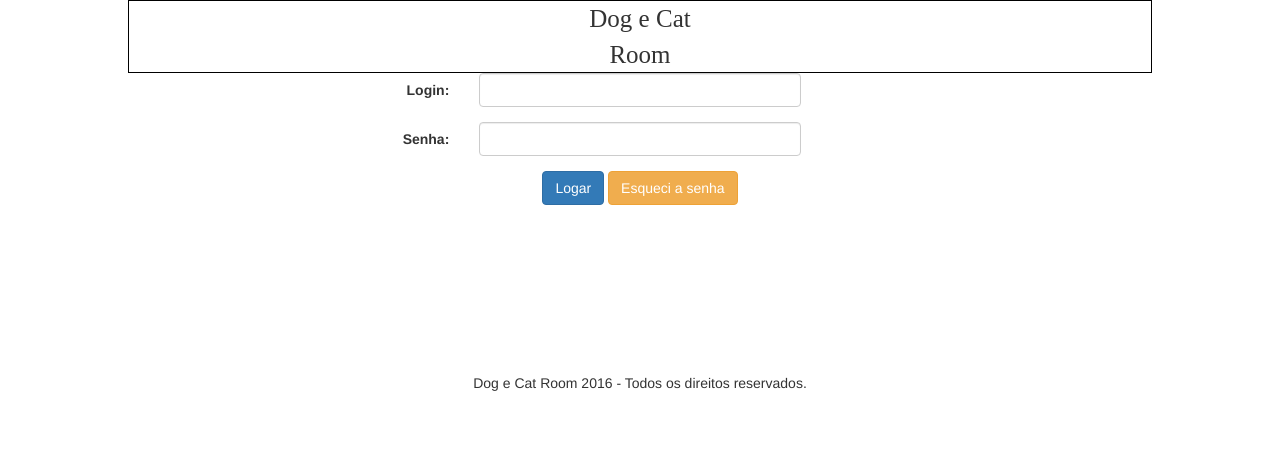
Repository: Natanzx/DogECatRoom
Page: http://localhost/DogECatRoom/login.jsp
The author's editor kept a copy of each file at every save. The page is drawn from the files as they stood at one save, then again after the next save.
The browser window is 1280 px wide. The pictures show the whole page.
The page is served by Tomcat 9. Other server files are loaded and not shown.

Above is the page before, as saved 2016-05-15 19:35:29.

### DogECatRoom/WebContent/login.jsp
<%@ page language="java" contentType="text/html; charset=ISO-8859-1"
	pageEncoding="ISO-8859-1"%>
<!DOCTYPE html PUBLIC "-//W3C//DTD HTML 4.01 Transitional//EN" "http://www.w3.org/TR/html4/loose.dtd">
<html>
<head>
<meta http-equiv="Content-Type" content="text/html; charset=ISO-8859-1">
<title>Efetuar Login</title>

<link rel="stylesheet" type="text/css"
	href="/DogECatRoom/bibliotecas/css/estilos.css">
<link rel="stylesheet" type="text/css"
	href="/DogECatRoom/bibliotecas/css/bootstrap.css">
</head>
<body>
	<div class="divMargin">
		<div class="divHead">
			Dog e Cat <br> Room
		</div>

		<div class="content">

			<form class="form-horizontal">
				<fieldset>
					<!-- Login -->
					<div class="form-group">
						<label class="col-md-4 control-label" for="textinput">
							Login:
						</label>
						<div class="col-md-4">
							<input id="textinput" name="textinput" type="text"
								class="form-control input-md">
						</div>
					</div>

					<!-- Password -->
					<div class="form-group">
						<label class="col-md-4 control-label" for="passwordinput">
							Senha:
						</label>
						<div class="col-md-4">
							<input id="passwordinput" name="passwordinput" type="password"
								class="form-control input-md">
						</div>
					</div>

					<!-- Botao logar -->
					<div class="form-group"  style="text-align: center;">
						<button id="singlebutton" name="singlebutton" class="btn btn-primary">Logar</button>
						<button id="singlebutton" name="singlebutton" class="btn btn-warning">Esqueci a senha</button>
					</div>

				</fieldset>
			</form>


		</div>

		<div style="text-align: center;">Dog e Cat Room 2016 - Todos os
			direitos reservados.</div>
	</div>
</body>
</html>

### DogECatRoom/WebContent/bibliotecas/css/estilos.css
@CHARSET "ISO-8859-1";

.divMargin{
	width				: 80%;
	margin				: auto;

}
.divHead{
	text-align			: center;
	font-size			: 25px;
	font-family			: Century Gothic;
	border				: 1px solid black;
}


.content{
	min-height			: 300px;
}

Loaded but not shown: DogECatRoom/WebContent/bibliotecas/css/bootstrap.css (library)

After the next save:
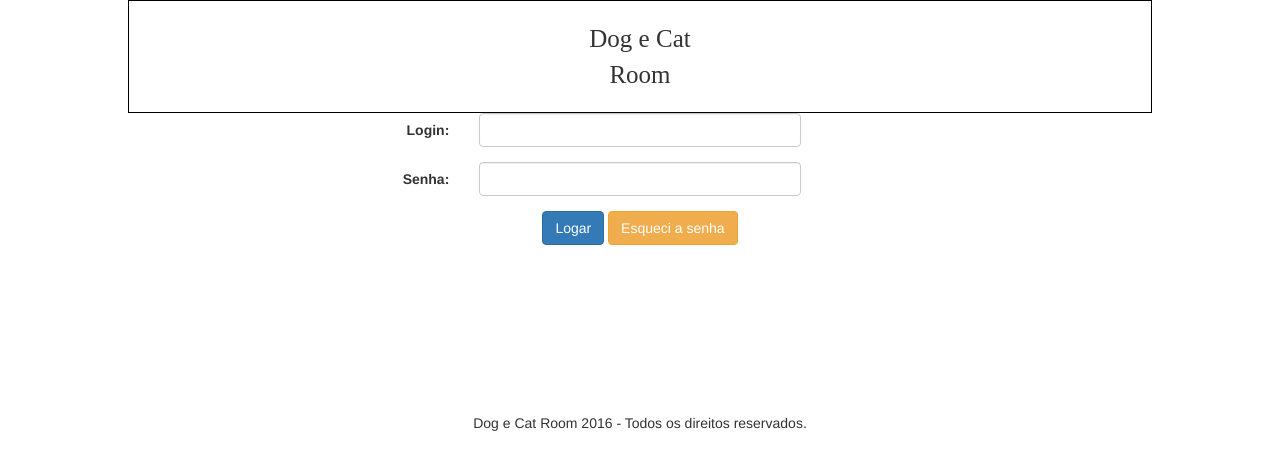
Saved 15 s later.
--- a/DogECatRoom/WebContent/bibliotecas/css/estilos.css
+++ b/DogECatRoom/WebContent/bibliotecas/css/estilos.css
@@ -10,6 +10,7 @@
 	font-size			: 25px;
 	font-family			: Century Gothic;
 	border				: 1px solid black;
+	padding				: 20px 0px;
 }
 
 
